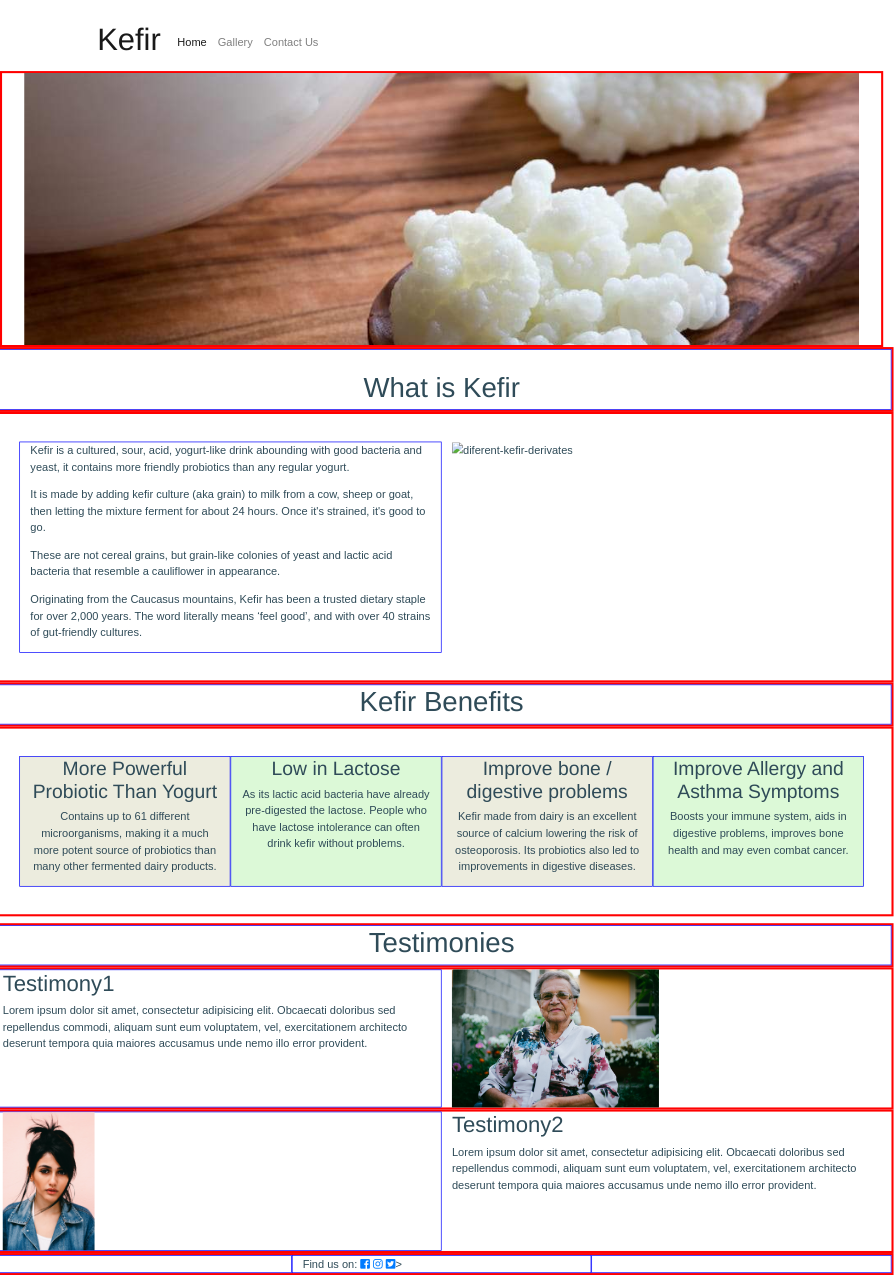
Repository: Code-Institute-Submissions/andna5980-kefir-repo_JuneResub
Page: index.html
An editor plug-in stored every save of this project. The page is shown before and after the next save, followed by the edit.
The browser window is 1280 px wide. The page is 1295 px wide, so the pictures cover 1295 px, including what lies to the right of the window. The pictures show the whole page, at 69% of full size.
Some web fonts or font styles are not loaded; a fallback is used. Some web libraries are served in a nearby version.

Above is the page before, as saved 2021-03-01 22:15:28.

After the next save:
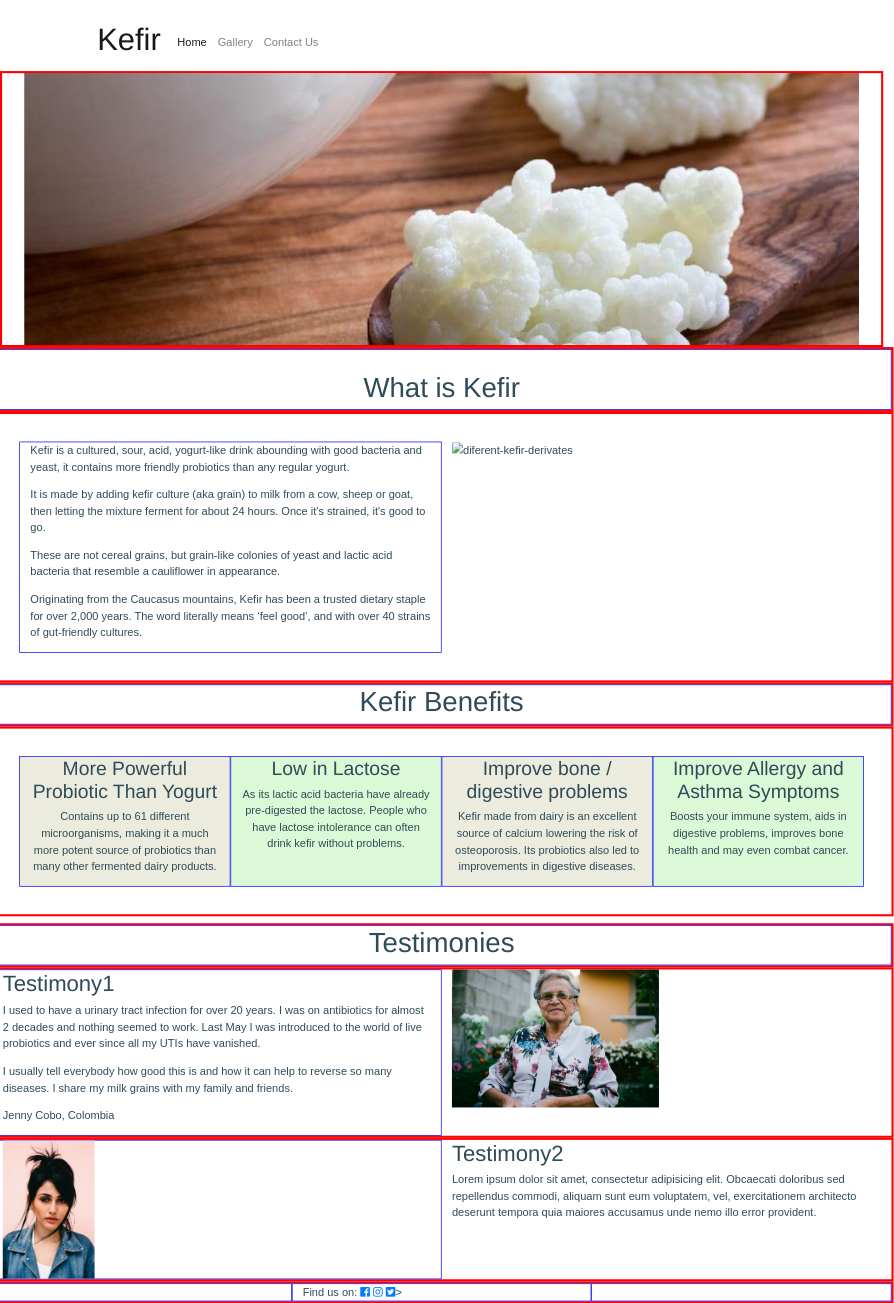
Saved 108 s later.
--- a/index.html
+++ b/index.html
@@ -128,9 +128,12 @@
     <div class=" test-red row">
       <div class="test-blue col-12 col-sm-6">
         <h2>Testimony1</h2>
-        <p>Lorem ipsum dolor sit amet, consectetur adipisicing elit. Obcaecati doloribus sed repellendus commodi,
-          aliquam sunt eum voluptatem, vel, exercitationem architecto deserunt tempora quia maiores accusamus
-          unde nemo illo error provident.</p>
+        <p>I used to have a urinary tract infection for over 20 years. I was on antibiotics for almost 2 decades and
+          nothing seemed to work. Last May I was introduced to the world of live probiotics and ever since all my
+          UTIs have vanished.</p>
+      <p>I usually tell everybody how good this is and how it can help to reverse so many diseases. I share my
+          milk grains with my family and friends.</p>
+      <p>Jenny Cobo, Colombia</p>
       </div>
 
       <div class="col-12 col-sm-6">
